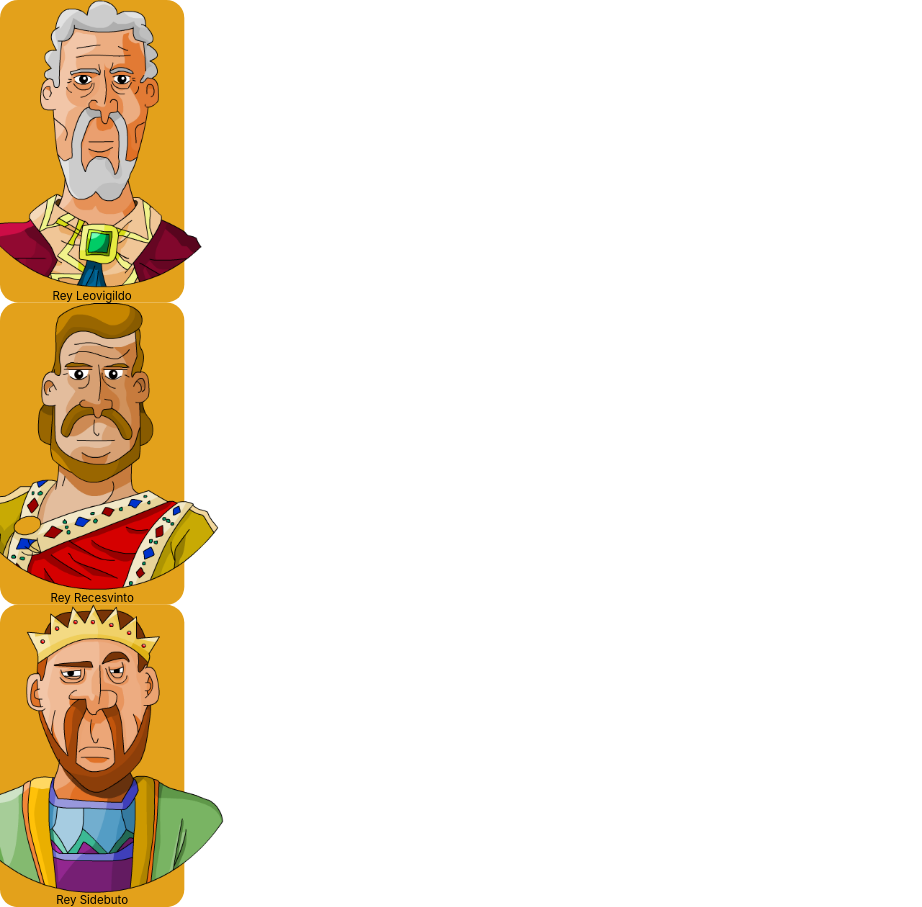
Repository: abgdev1997/ejercicios-react
Page: /
An editor plug-in stored every save of this project. The page is shown before and after the next save, followed by the edit.
The browser window is 1280 px wide. The pictures show the whole page, at 72% of full size.
The project was rebuilt for these pictures with package versions that can differ from the ones it lists, and the page was loaded fresh each time.

Above is the page before, as saved 2022-02-22 09:45:32.

After the next save:
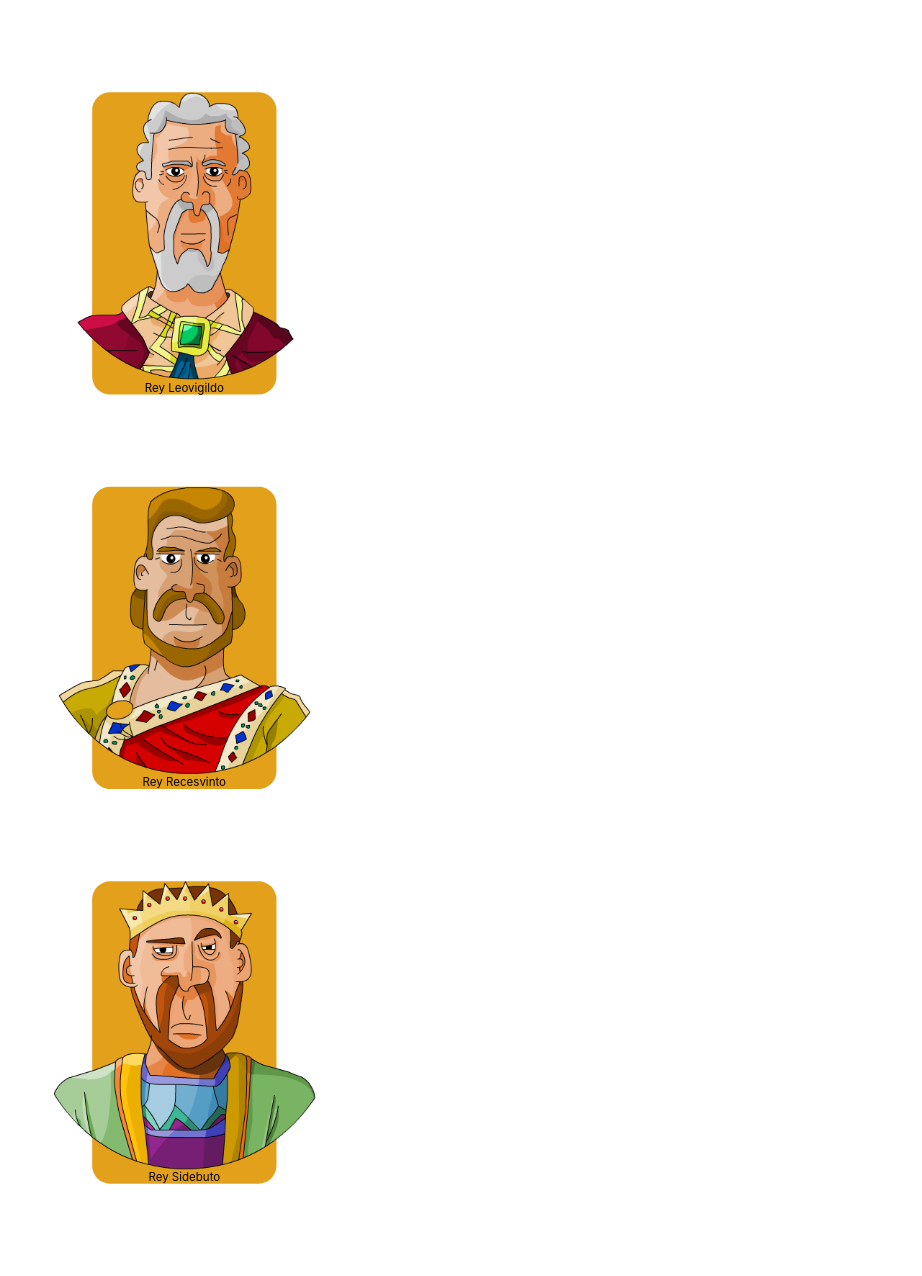
Saved 18 s later.
--- a/src/App.css
+++ b/src/App.css
@@ -9,4 +9,5 @@
   flex-direction: column;
   align-items:center;
   width: 20%;
+  margin: 10%;
 }
